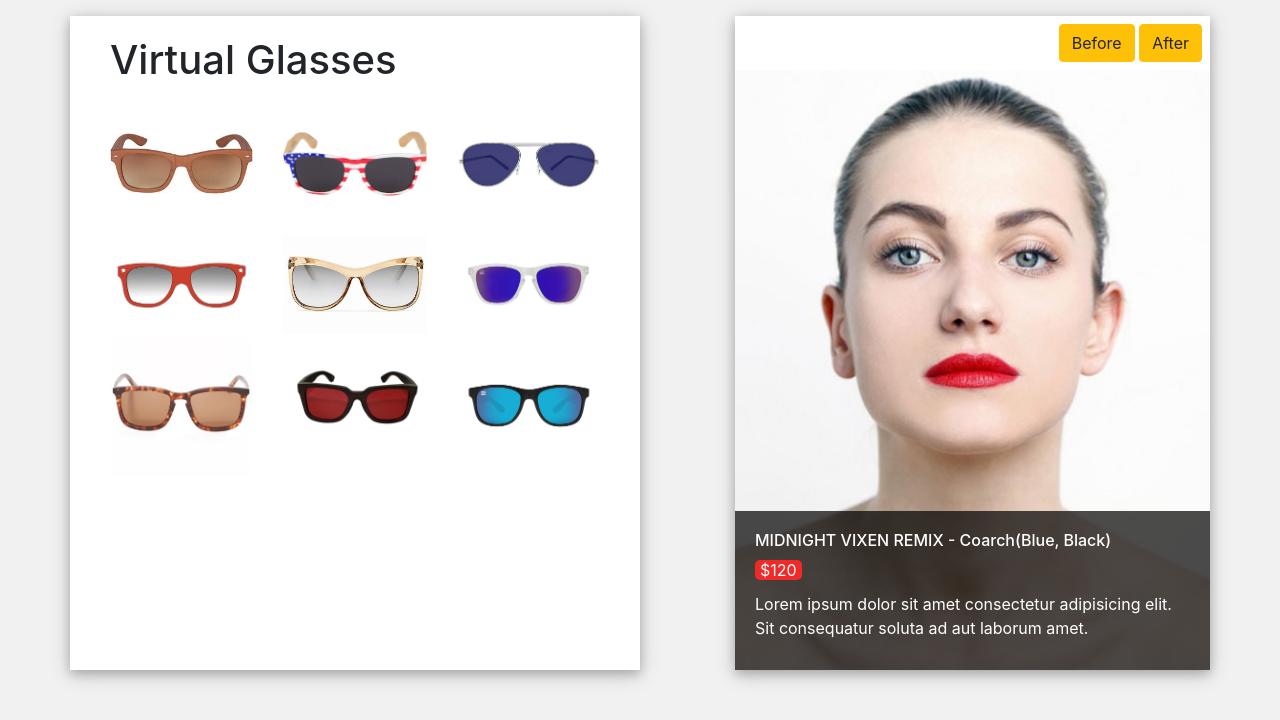
Repository: Khoi300399/BC35E_ES6_B2_MaThanhKhoi
Page: index.html
The author's editor kept a copy of each file at every save. The page is drawn from the files as they stood at one save, then again after the next save.
The browser window is 1280 px wide. The pictures show the whole page.

Above is the page before, as saved 2022-10-21 23:46:07.

After the next save:
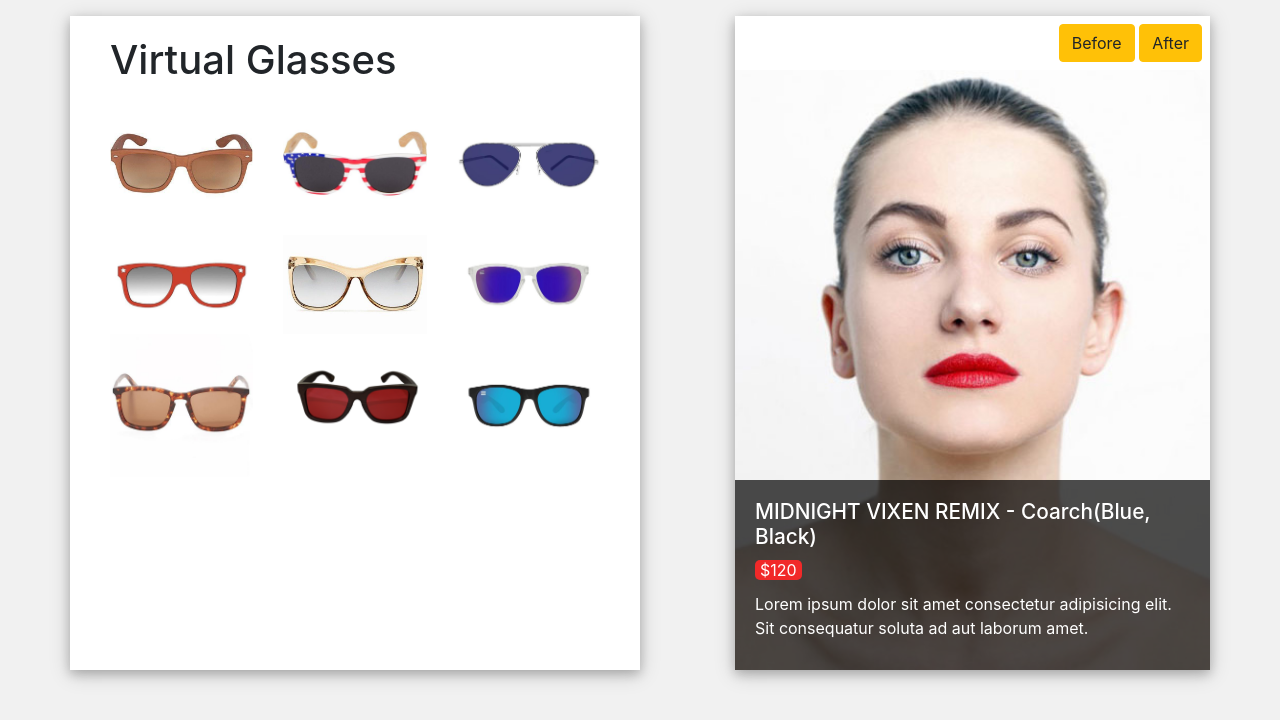
Saved 8 s later.
--- a/css/index.css
+++ b/css/index.css
@@ -63,7 +63,7 @@ body {
 }
 
 .vglasses__info h3 {
-  font-size: 1em;
+  font-size: 1.3rem;
 }
 
 .vglasses__info span {
